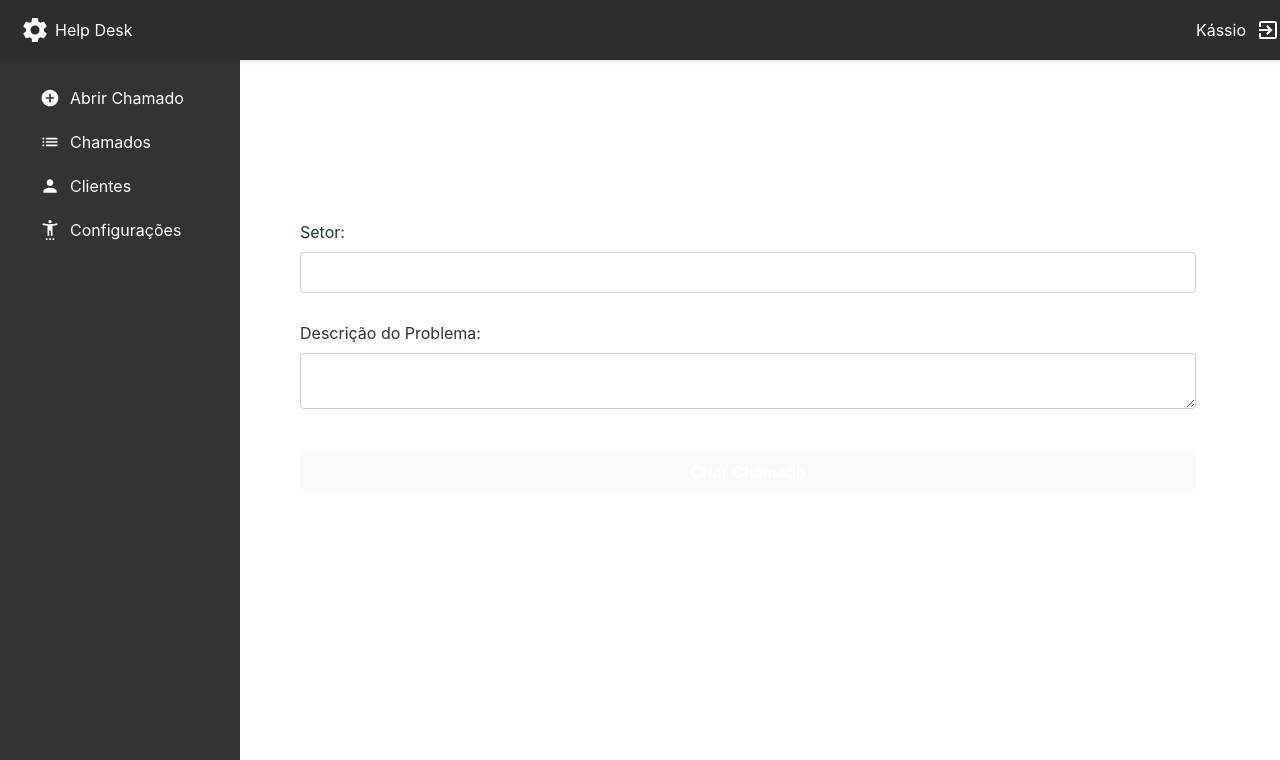
Repository: zkassimz/helpdesk
Page: /, after clicking the first element matching `li`
These files come from the project's save history. The page is drawn as it stood at one moment and after a run of saves; the edit follows.
The browser window is 1280 px wide. The pictures show the whole page.
The project was rebuilt for these pictures with package versions that can differ from the ones it lists, and the page was loaded fresh each time. Also part of the build but not shown: vite.config.js, src/components/css/Chamados.css, src/components/Chamados.jsx, src/components/Clientes.jsx, src/components/Configuracoes.jsx.

Above is the page before, as saved 2024-05-06 17:10:55.

### index.html
<!doctype html>
<html lang="en">

  <body>
    <div id="root"></div>
    <script type="module" src="/src/main.jsx"></script>
  </body>
</html>

### src/App.jsx
// src/App.js
import React, { useState } from 'react';
import AppBar from './components/AppBar'; // Importando o componente AppBar
import Sidebar from './components/Sidebar';
import Chamados from './components/Chamados';
import Clientes from './components/Clientes';
import Configuracoes from './components/Configuracoes';
import CreateTicketPage from './components/AbrirChamadoForm';
import './App.css';

function App() {
  const [currentPage, setCurrentPage] = useState('Dashboard');

  const renderPage = () => {
    switch (currentPage) {

      case 'OpenCall':
        return <CreateTicketPage />;
      case 'Chamados':
        return <Chamados />;
      case 'Clientes':
        return <Clientes />;
      case 'Configuracoes':
        return <Configuracoes />;
      default:
        return <div>Página não encontrada</div>;
    }
  };

  return (
    <div className="app">
      <AppBar />
      <div className="content">
        <Sidebar setCurrentPage={setCurrentPage} />
        <div className="main-content">
          {renderPage()}
        </div>
      </div>
    </div>
  );
}

export default App;

### src/components/AppBar.jsx

import React from 'react';
import { MdExitToApp, MdSettings } from 'react-icons/md';
import './css/AppBar.css';

const AppBar = () => {


  return (
    <div className="appbar">
      <div className="appbar-left">
        <div className="appbar-item" onClick={() => console.log("Consultar/Atender")}>
          <MdSettings size={30} />
          <span>Help Desk</span>
        </div>
      </div>
      <div className="appbar-right">
        <span>Kássio </span>
        <div className="logout-button" onClick={() => console.log("Logout")}>
          <MdExitToApp size={24} />
        </div>
      </div>
    </div>
  );
};

export default AppBar;

### src/components/Sidebar.jsx
import React from 'react';
import './css/SideBar.css';
import {  MdAddCircle, MdList, MdPerson, MdSettingsAccessibility } from 'react-icons/md';
const Sidebar = ({ setCurrentPage }) => {
  const handleClick = (page) => {
    setCurrentPage(page);
  };

  return (
    <div className="sidebar">
      <div className="sidebar-header">

      </div>
      <ul className="menu">
        <li onClick={() => handleClick('OpenCall')}>
        <MdAddCircle size={20}></MdAddCircle>
          <span>Abrir Chamado</span>
        </li>
        <li onClick={() => handleClick('Chamados')}>
        <MdList size={20}></MdList>
        Chamados</li>
        <li onClick={() => handleClick('Clientes')}>

        <MdPerson size={20}></MdPerson>
          Clientes</li>
        <li onClick={() => handleClick('Configurações')}>

        <MdSettingsAccessibility size={20}></MdSettingsAccessibility>

          Configurações</li>
      </ul>
    </div>
  );
};

export default Sidebar;

### src/components/AbrirChamadoForm.jsx
import React, { useState } from 'react';
import './css/CreateTicketPage.css';

const CreateTicketPage = () => {
  const [formData, setFormData] = useState({
    setor: '',
    descricaoProblema: ''
  });

  const handleChange = (e) => {
    const { name, value } = e.target;
    setFormData({
      ...formData,
      [name]: value
    });
  };

  const handleSubmit = (e) => {
    e.preventDefault();
    console.log('Dados do formulário:', formData);
    setFormData({
      setor: '',
      descricaoProblema: ''
    });
  };

  return (

    <div className="create-ticket-page">

      <form onSubmit={handleSubmit} className="ticket-form">
        <div className="form-group">
          <label htmlFor="setor">Setor:</label>
          <input
            type="text"
            id="setor"
            name="setor"
            value={formData.setor}
            onChange={handleChange}
            required
            className="input-field"
          />
        </div>
        <div className="form-group">
          <label htmlFor="descricaoProblema">Descrição do Problema:</label>
          <textarea
            id="descricaoProblema"
            name="descricaoProblema"
            value={formData.descricaoProblema}
            onChange={handleChange}
            required
            className="textarea-field"
          />
        </div>
        <button type="submit" className="submit-button">Criar Chamado</button>
      </form>
    </div>
  );
};

export default CreateTicketPage;

### src/App.css

.app {
  display: grid;
  grid-template-rows: auto 1fr;
  height: 100vh;
}
.sidebar {
  width: 200px;
  background-color: #333;
  color: #fff;
}

.main-content {
  flex: 1;
  overflow-y: auto;
}

.content {
  display: flex;
}

.sidebar-header {
  padding: 20px;
  text-align: center;
}

.menu {
  list-style-type: none;
  padding: 0;
}

.menu li {
  padding: 10px 20px;
  cursor: pointer;
}

.menu li:hover {
  background-color: #555;
}

### src/components/css/AppBar.css


.appbar {
    background-color: #2e2d2d;
    color: #fff;
    display: flex;
    justify-content: space-between;
    align-items: center;
    padding: 0 20px;
    height: 60px;
    width: 100%;
    position: fixed;
    top: 0;
    z-index: 1000;
    box-shadow: 0 2px 4px rgba(0, 0, 0, 0.1);
  }


  .appbar-item{
    margin-right: 10px;
    align-items: center;
    display: flex;
  }

  .appbar-left, .appbar-right {
    display: flex;
    align-items: center;
  }

  .appbar-item, .logout-button {
    cursor: pointer;
    margin-right: 20px;
    text-decoration: none;
    color: inherit;
    transition: all 0.3s ease;
  }

  .appbar-item:hover, .logout-button:hover {
    transform: translateY(-2px);
  }

  .appbar-item span {
    margin-left: 5px;
  }

  .logout-button {
    display: flex;
    align-items: center;
  }

  .logout-button span {
    margin-right: 10px;
  }
  .appbar-right {
    display: flex;
    align-items: center;
  }

  .appbar-right span {
    margin-right: 10px;
  }

  .logout-button {
    display: flex;
    align-items: center;
  }

### src/components/css/SideBar.css
.sidebar {
    width: 100px;
    background-color: #333;
    color: #fff;
    height: 100vh;
    padding: 20px;
  }

  .sidebar.open {
    width: 0;
  }



  .menu li {
    display: flex;
    align-items: center;
    cursor: pointer;
  }

  .menu li > * {
    margin-right: 10px; /* Espaço entre o ícone e o texto */
  }


  @media (max-width: 768px) {
    .sidebar {
      width: 100%;
    }
  }


  @media (min-width: 1024px) {
    .sidebar {
      width: 300px;
    }
  }

### src/components/css/CreateTicketPage.css
.modal {
  display: none;
  position: fixed;
  z-index: 1;
  left: 0;
  top: 0;
  width: 100%;
  height: 100%;
  overflow: auto;
  background-color: rgba(0,0,0,0.4);
}

.create-ticket-page {
  display: flex;
  justify-content: center;
  align-items: center;
  height: 100vh;
}

.modal-content {
  background-color: #fefefe;
  margin: 15% auto;
  padding: 20px;
  border: 1px solid #888;
  width: 80%;
}

.close-button {
  color: #aaa;
  float: right;
  font-size: 28px;
  font-weight: bold;
}

.close-button:hover,
.close-button:focus {
  color: black;
  text-decoration: none;
  cursor: pointer;
}

h2 {
  text-align: center;
}

form {
  width: 70vw;
  padding: 60px;
}

.form-group {
  margin-bottom: 20px;
}

label {
  display: block;
}

input[type="text"],
textarea,
select {
  width: 100%;
  padding: 12px 20px;
  margin: 8px 0;
  border: 1px solid #ccc;
  border-radius: 4px;
  box-sizing: border-box;
}

button {
  background-color: #4CAF50;
  color: white;
  padding: 14px 20px;
  margin: 8px 0;
  border: none;
  border-radius: 4px;
  cursor: pointer;
  width: 100%;
}

button:hover {
  background-color: #45a049;
}

.modal.open {
  display: block; /* Mostra o modal quando a classe 'open' é aplicada */
}

Loaded but not shown: src/main.jsx (common file); src/index.css (common file)

After the next 10 saves:
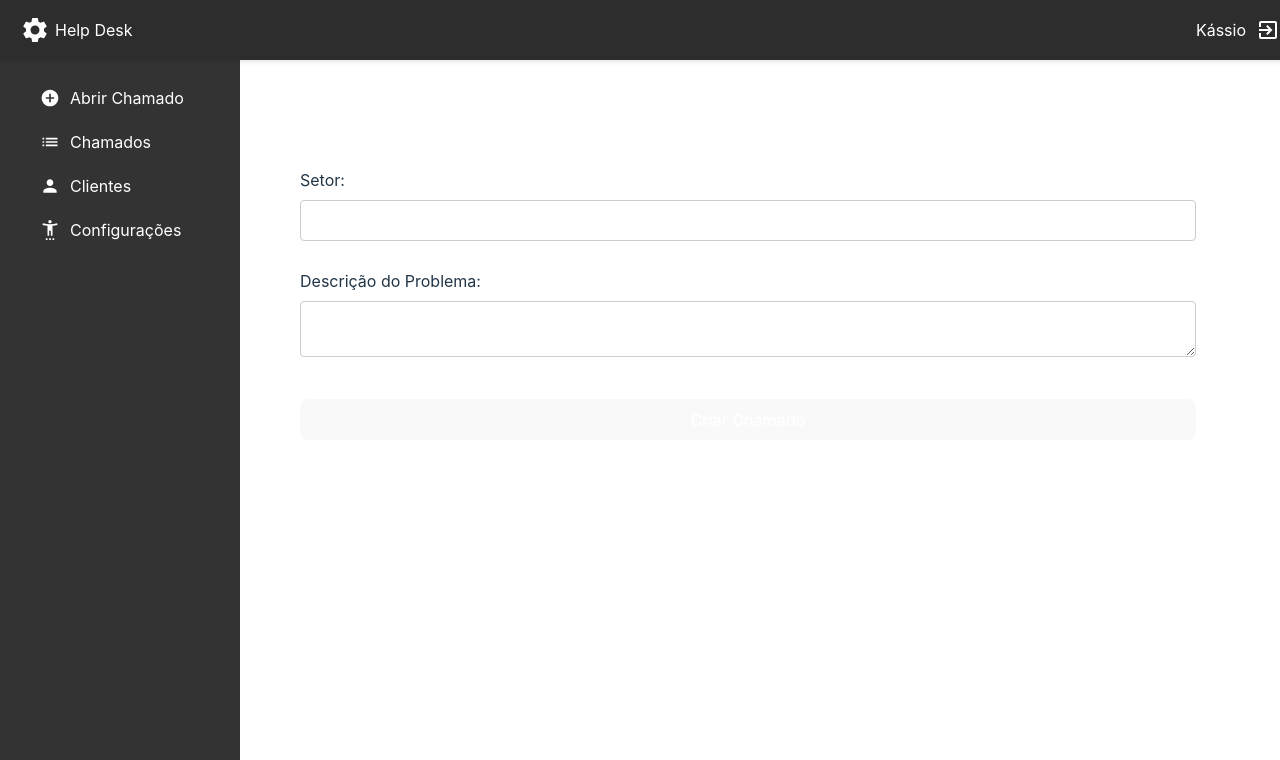
The 10 saves are shown as one change because they came seconds apart.
The last was saved 23 s later.
--- a/src/components/css/CreateTicketPage.css
+++ b/src/components/css/CreateTicketPage.css
@@ -45,6 +45,7 @@ h2 {
 
 form {
   width: 70vw;
+  height: 30vw;
   padding: 60px;
 }
 
